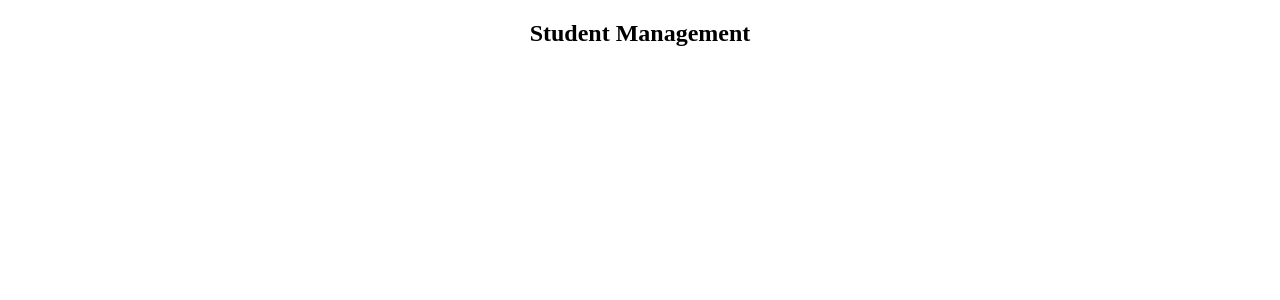
Repository: PuneethXworkz/core-java
Page: http://localhost/studentmanagement_springjpa/
These files come from the project's save history. The page is drawn as it stood at one moment and after the next save; the edit follows.
The browser window is 1280 px wide. The pictures show the whole page.
The page is served by Tomcat 9. Other server files are loaded and not shown.

Above is the page before, as saved 2022-11-01 00:27:52.

### studentmanagement_springjpa/src/main/webapp/index.jsp
<%@ page language="java" contentType="text/html; charset=ISO-8859-1"
    pageEncoding="ISO-8859-1"%>
<%@ taglib uri="http://java.sun.com/jsp/jstl/core" prefix="c" %>
<!DOCTYPE html PUBLIC "-//W3C//DTD HTML 4.01 Transitional//EN"
	"http://www.w3.org/TR/html4/loose.dtd">
<html>
<head>
<meta http-equiv="Content-Type" content="text/html; charset=ISO-8859-1">
<title>Student Management</title>
</head>
<body>
<div align="center">
	<h2>Student Management</h2>
	<form action="search" method="get"></form>




</div>
</body>
</html>

After the next save:
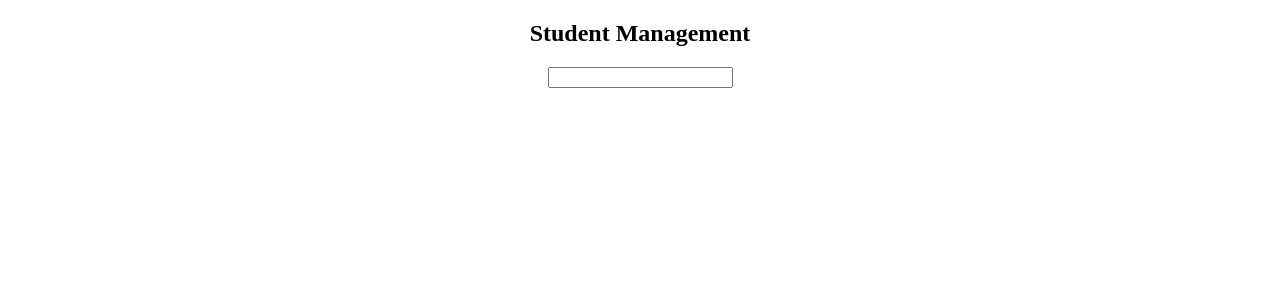
Saved 29 s later.
--- a/studentmanagement_springjpa/src/main/webapp/index.jsp
+++ b/studentmanagement_springjpa/src/main/webapp/index.jsp
@@ -11,7 +11,12 @@
 <body>
 <div align="center">
 	<h2>Student Management</h2>
-	<form action="search" method="get"></form>
+	<form action="search" method="get">
+		<input type="text" name="keyword">
+
+
+
+	</form>
 
 
 
